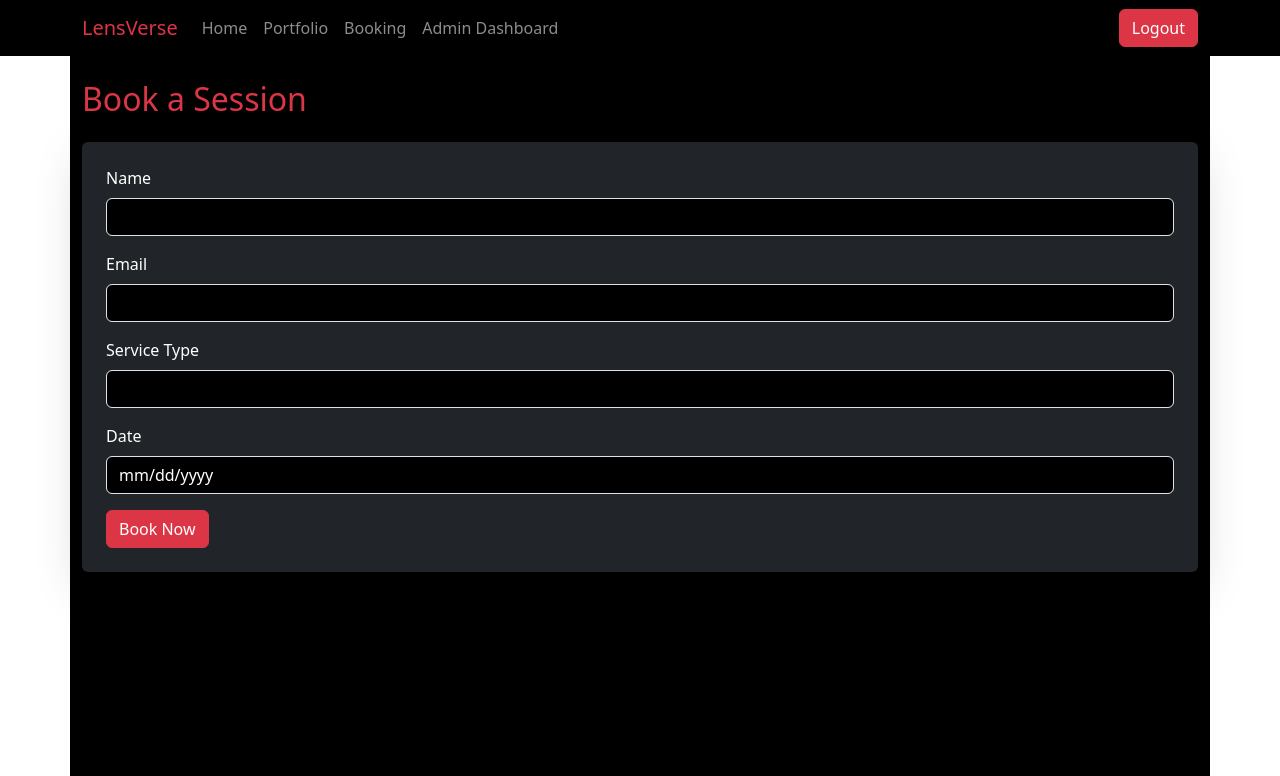
Repository: adithyakiran47/lensverseproject
Page: /booking (app in lensverse-client/)
The author's editor kept a copy of each file at every save. The page is drawn from the files as they stood at one save, then again after the next save.
The browser window is 1280 px wide. The pictures show the whole page.
The project was rebuilt for these pictures with package versions that can differ from the ones it lists, and the page was loaded fresh each time. Also part of the build but not shown: lensverse-client/src/pages/Home.js, lensverse-client/src/pages/Portfolio.css, lensverse-client/src/pages/Portfolio.js, lensverse-client/src/pages/About.js, lensverse-client/src/pages/AdminLogin.js, lensverse-client/src/pages/AdminDashboard.js. Imported but missing from the stored project, and not drawn on this page: lensverse-client/src/reportWebVitals.

Above is the page before, as saved 2025-11-04 09:58:11.

After the next save:
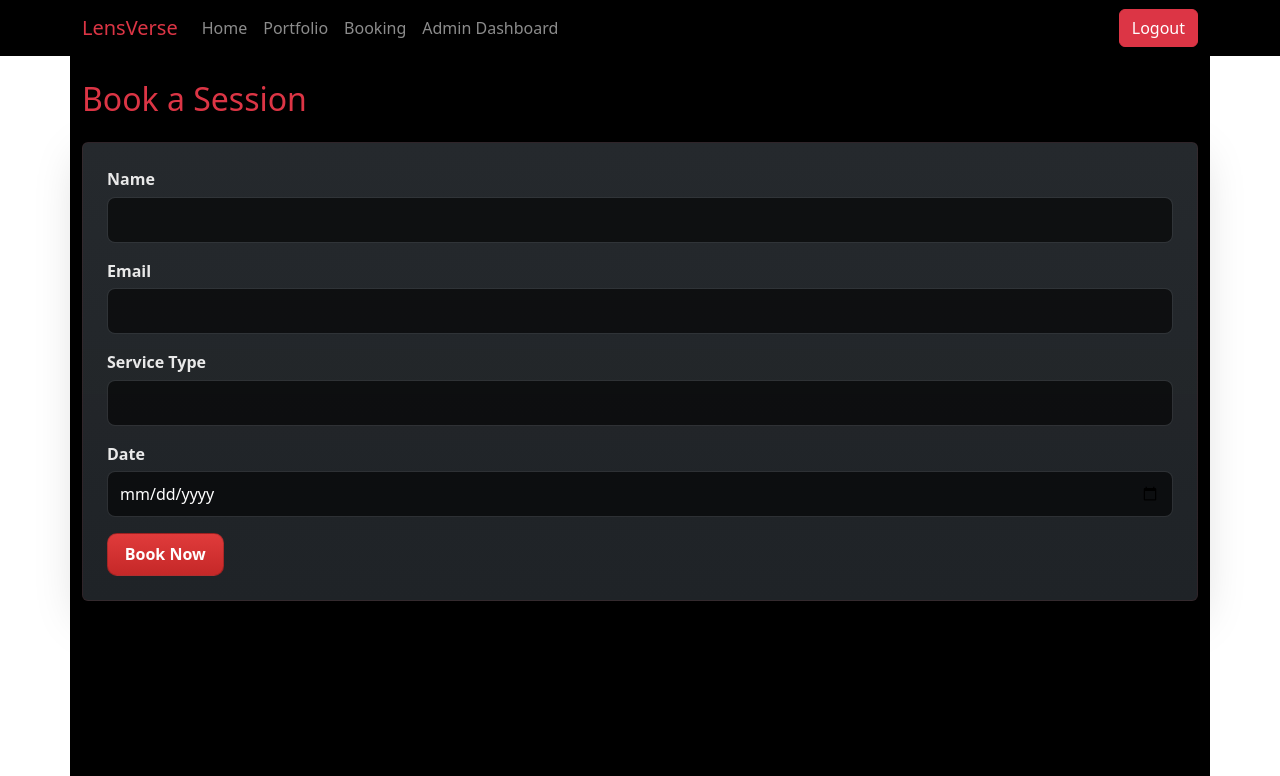
Saved 90 s later.
--- a/lensverse-client/src/pages/Booking.js
+++ b/lensverse-client/src/pages/Booking.js
@@ -1,6 +1,8 @@
+// Booking page
 import React, { useState } from 'react';
 import Navbar from '../components/Navbar';
 import axios from 'axios';
+import './Booking.css';
 
 const Booking = () => {
   const [formData, setFormData] = useState({ name: '', email: '', serviceType: '', date: '' });
@@ -29,20 +31,56 @@ const Booking = () => {
         <form onSubmit={handleSubmit} className="bg-dark p-4 rounded shadow-lg">
           <div className="mb-3">
             <label htmlFor="name" className="form-label">Name</label>
-            <input type="text" name="name" className="form-control bg-black text-white" id="name" required value={formData.name} onChange={handleChange} />
+            <input
+              type="text"
+              name="name"
+              className="form-control bg-black text-white"
+              id="name"
+              required
+              value={formData.name}
+              onChange={handleChange}
+            />
           </div>
+
           <div className="mb-3">
             <label htmlFor="email" className="form-label">Email</label>
-            <input type="email" name="email" className="form-control bg-black text-white" id="email" required value={formData.email} onChange={handleChange} />
+            <input
+              type="email"
+              name="email"
+              className="form-control bg-black text-white"
+              id="email"
+              required
+              value={formData.email}
+              onChange={handleChange}
+            />
           </div>
+
           <div className="mb-3">
             <label htmlFor="serviceType" className="form-label">Service Type</label>
-            <input type="text" name="serviceType" className="form-control bg-black text-white" id="serviceType" required value={formData.serviceType} onChange={handleChange} />
+            <input
+              type="text"
+              name="serviceType"
+              className="form-control bg-black text-white"
+              id="serviceType"
+              required
+              value={formData.serviceType}
+              onChange={handleChange}
+            />
           </div>
+
           <div className="mb-3">
             <label htmlFor="date" className="form-label">Date</label>
-            <input type="date" name="date" className="form-control bg-black text-white" id="date" required value={formData.date} onChange={handleChange} />
+            <input
+              type="date"
+              name="date"
+              className="form-control bg-black text-white"
+              id="date"
+              required
+              value={formData.date}
+              onChange={handleChange}
+            />
           </div>
+
           <button className="btn btn-danger" type="submit">Book Now</button>
         </form>
       </div>
